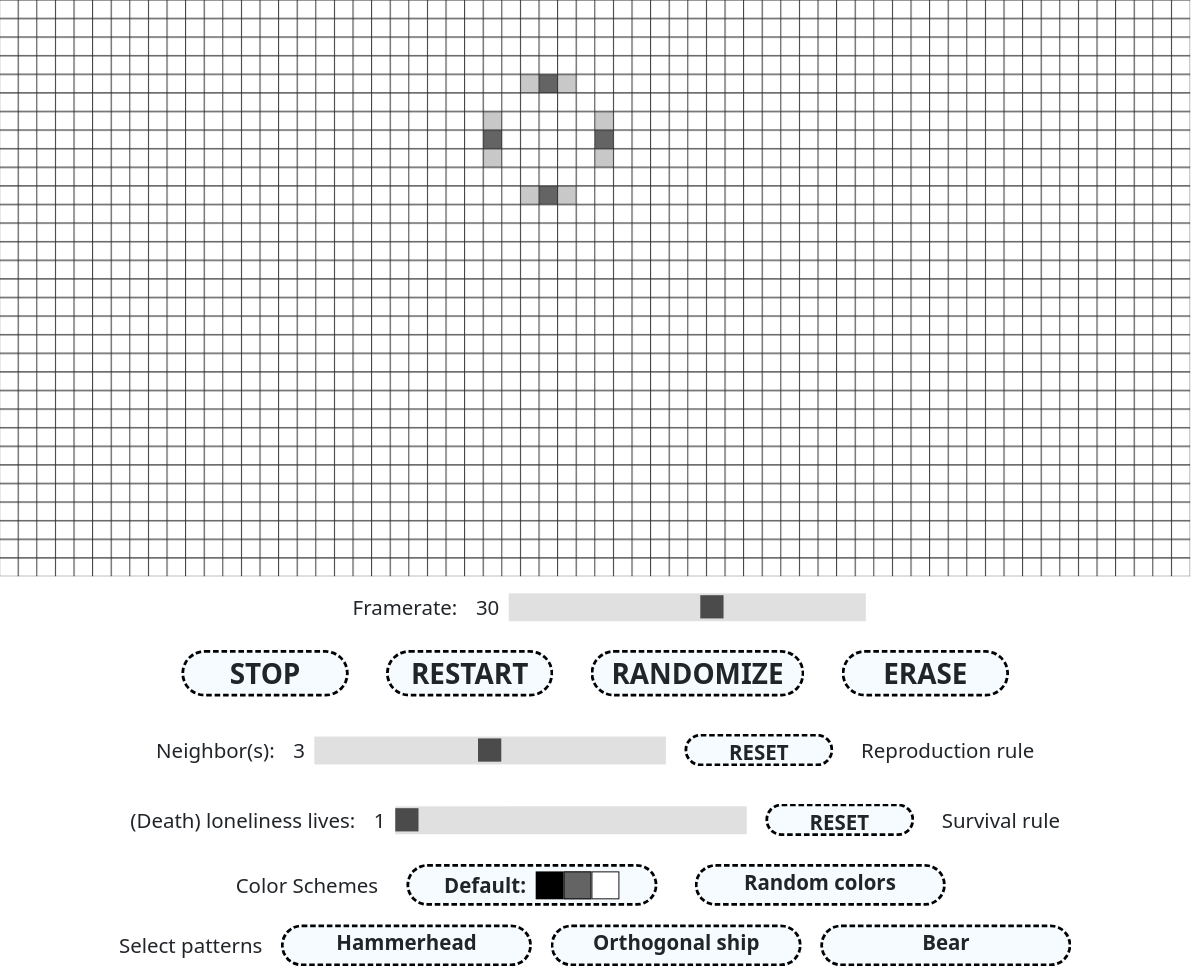
Repository: luckychxn123/game-of-life-22
Page: wef008.html
The author's editor kept a copy of each file at every save. The page is drawn from the files as they stood at one save, then again after the next save.
The browser window is 1280 px wide. The page is 1290 px wide, so the pictures cover 1290 px, including what lies to the right of the window. The pictures show the whole page, at 93% of full size.
After loading, the first visible `.patternlist > div` was clicked once.
Some web libraries are served in a nearby version.

Above is the page before, as saved 2022-08-20 10:08:36.
Console error: TypeError: Cannot set properties of undefined (setting '8')

After the next save:
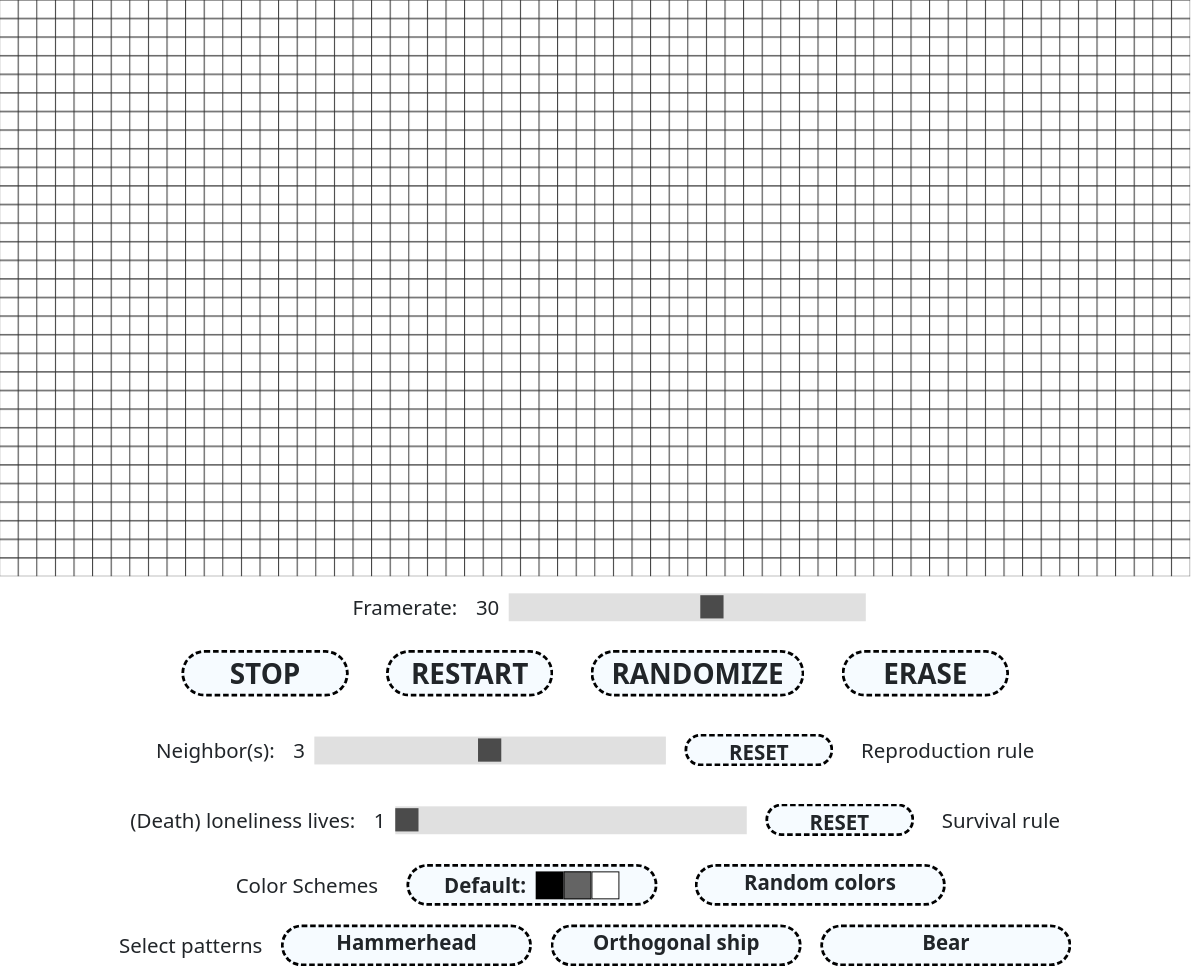
Console error: TypeError: Cannot set properties of undefined (setting '21')
Saved 77 s later.
--- a/wef008js.js
+++ b/wef008js.js
@@ -129,19 +129,19 @@ for (let p of plst){
     p.addEventListener('click', function(){
         selecting = true;
         if (p.innerHTML == 'Hammerhead'){
-            let width = Math.round(rows / 2 * unitLength - (patterns['fir'][1] * unitLength / 2)); //[1] is max length of each line
-            let height = Math.round(columns / 2 * unitLength - (patterns['fir'][2] * unitLength / 2)); //[2] is size of lst
+            let width = Math.round(rows / 2 * unitLength - (patterns['fir'][1] * unitLength)); //[1] is max length of each line
+            let height = Math.round(columns / 2 * unitLength - (patterns['fir'][2] * unitLength)); //[2] is size of lst
             console.log('width', width, 'height', height, 'rows', rows, 'columns', columns)
             for (let p of patterns['fir'][0]){
                     for (let innerp of p){
                         if (innerp == 'O'){
-                            currentBoard[Math.round(height / unitLength)][Math.round(width / unitLength)] = 1;}
-                                height += unitLength;
+                            currentBoard[Math.round(width / unitLength)][Math.round(height / unitLength)] = 1;}
+                                width += unitLength;
                         }
 
 
-                    width += unitLength;
-                    height = Math.round(rows / 2 * unitLength - (patterns['fir'][1] * unitLength))
+                    height += unitLength;
+                    width = Math.round(rows / 2 * unitLength - (patterns['fir'][1] * unitLength))
                     // problem solved: didnt set width again
             }
     } else if (p.innerHTML == 'Orthogonal ship'){
